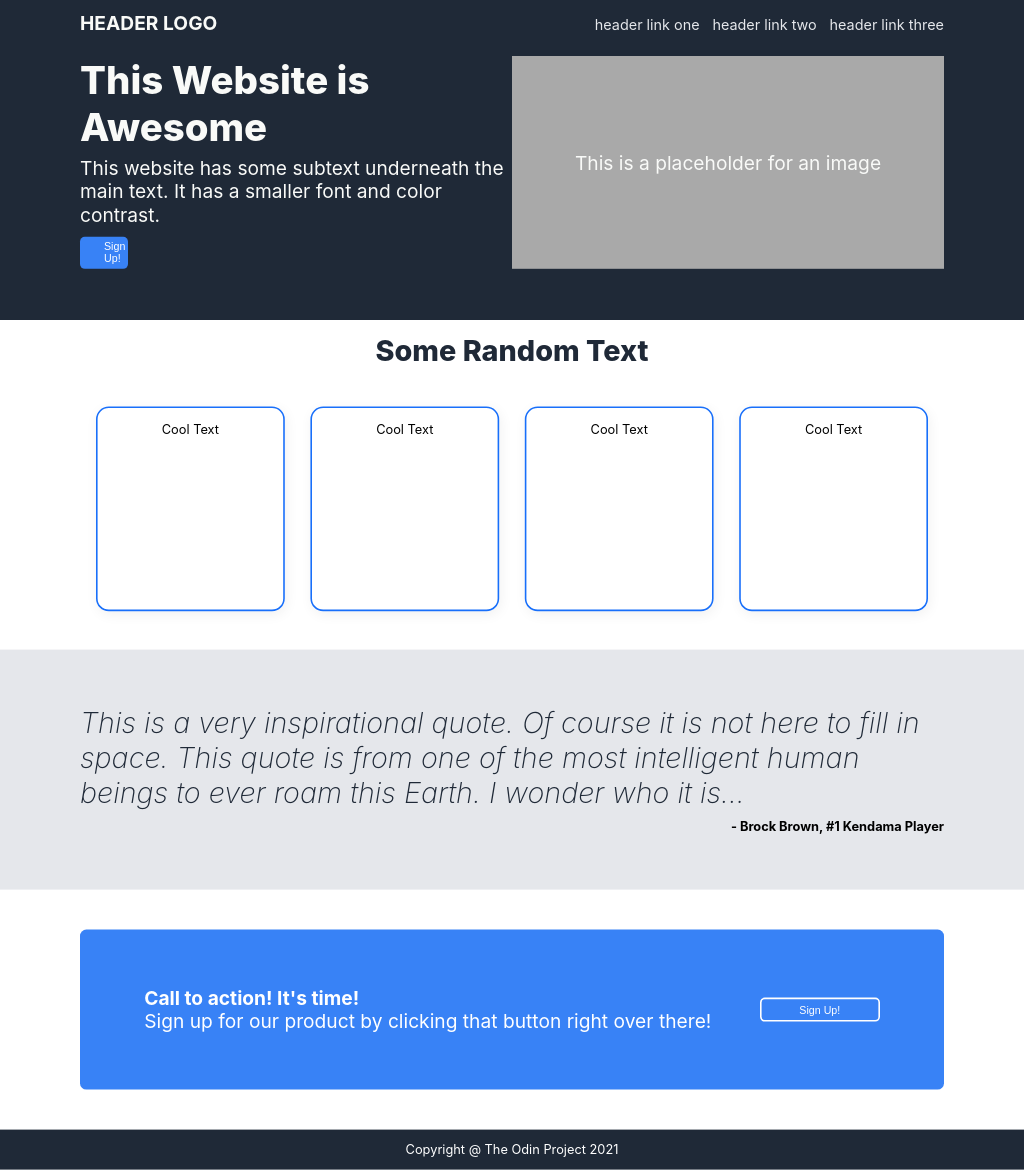
Repository: bbrockbrown/landing-page
Page: index.html
An editor plug-in stored every save of this project. The page is shown before and after the next save, followed by the edit.
The browser window is 1280 px wide. The pictures show the whole page, at 80% of full size.

Above is the page before, as saved 2024-07-24 16:23:49.

### index.html
<!DOCTYPE html>
<html lang="en">
<head>
    <meta charset="UTF-8">
    <meta name="viewport" content="width=device-width, initial-scale=1.0">
    <link rel="stylesheet" href="styles.css">
    <title>Landing Page</title>
</head>
<body>

    <div class="header">
        <div class="upper-header">
            <div class="logo" style="font-weight: bolder">HEADER LOGO</div>
            <ul class="header-links">
                <li><a href="https://www.google.com/" target="_blank">header link one</a></li>
                <li><a href="https://www.google.com/" target="_blank">header link two</a></li>
                <li><a href="https://www.google.com/" target="_blank">header link three</a></li>
            </ul>
        </div>

        <div class="header-content">
            <div class="header-text">
                <div class="awesome-text">
                    This Website is Awesome
                </div>
                <div class="subtext">
                    This website has some subtext underneath the main text.
                    It has a smaller font and color contrast.
                </div>
                <button class="signup-button">Sign Up!</button>
            </div>

            <div class="header-image">
                This is a placeholder for an image
            </div>
        </div>
    </div>




    <div class="body">
        <div class="box-text">Some Random Text</div>
        <div class="box-container">
            <div class="box">Cool Text</div>
            <div class="box">Cool Text</div>
            <div class="box">Cool Text</div>
            <div class="box">Cool Text</div>
        </div>

        <div class="quote-container">
            <div class="quote">This is a very inspirational quote. Of course it is not here
                to fill in space. This quote is from one of the most intelligent human beings
                to ever roam this Earth. I wonder who it is...
            </div>
            <div class="quote-author">
                - Brock Brown, #1 Kendama Player
            </div>
        </div>
    </div>

    <div class="sign-up-container">
        <div class="sign-up-text">
            <div class="action">Call to action! It's time!</div>
            <div class="action-subtext">Sign up for our product by clicking that button right over there!</div>
        </div>

        <button class="signup-button2" id="lower-button">Sign Up!</button>
    </div>


    <div class="footer">
        Copyright @ The Odin Project 2021
    </div>

</body>
</html>

### styles.css
body {
    font-family: -apple-system, BlinkMacSystemFont, 'Segoe UI', Roboto, Oxygen, Ubuntu, Cantarell, 'Open Sans', 'Helvetica Neue', sans-serif;
    margin: 0;
    min-height: 100vh;
}

.header {
    background-color: #1F2937;
    font-size: 24px;
    color: #F9FAF8;
    display: flex;
    padding: 0px 100px 50px 100px;
    height: 350px;
    flex-direction: column;
    justify-content: space-around;
}

.upper-header {
    display: flex;
    justify-content: space-between;
}

.header-content {
    display: flex;
    text-align: left;
    align-items: center;
    flex-shrink: 0;
}

.header-text {
    width: 50%;
    display: flex;
    flex-flow: column wrap;
    gap: 8px;
}

.header-image {
    text-align: center;
    width: 50%;
    height: 100%;
    background-color: darkgray;
    display: flex;
    flex-flow: column wrap;
    justify-content: center;

}

.awesome-text {
    font-size: 48px;
    font-weight: 800;
}

button {
    padding: 5px 30px 5px 30px;
    border-radius: 6px;
    flex-shrink: 0 !important;
}

.signup-button {
    background-color: #3882F6;
    color: white;
    border: none;
    margin-top: 5px;
    width: 50px;
}

ul {
    margin: 0;
    padding: 0;
    list-style: none;
    display: flex;
    gap: 16px;
}

a {
    text-decoration: none;
    font-size: 18px;
    color: #E5E7EB;
}


.body {
    display: flex;
    flex: 1;
    flex-direction: column;
    align-items: center;
}

.box-text {
    font-size: 36px;
    color: #1F2937;
    font-weight: 800;
    margin-top: 16px;
}

.box-container {
    display: flex;
    padding: 48px;
    flex-wrap: wrap;
    gap: 32px;
    justify-content: center;
}


.box {
    border: 2px solid  #186ffa;
    box-shadow: 2px 4px 16px rgba(0,0,0,.06);
    border-radius: 16px;
    padding: 16px;
    width: 200px;
    height: 220px;
    text-align: center;
}

.quote-container {
    display: flex;
    flex: wrap;
    flex-direction: column;
    background-color: #E5E7EB;
    height: 300px;
    justify-content: center;
}

.quote {
    font-size: 36px;
    color: #1F2937;
    font-style: italic;
    font-weight: 200;
    padding: 0 100px;
    margin-bottom: 10px;
}

.quote-author {
    align-self: flex-end;
    margin-right: 100px;
    font-weight: bold;
}

.sign-up-container {
    background-color: #3882F6;
    display: flex;
    height: 150px;
    justify-content: space-around;
    margin: 50px 100px;
    padding: 25px 50px;
    border-radius: 8px;
}

.sign-up-text {
    color: white;
    font-size: 24px;
    align-self: center;
}

.action {
    font-weight: 700;
}

.signup-button2 {
    border: 2px white solid;
    background-color:#3882F6;
    color: white;
    width: 150px;
    height: 30px;
    align-self: center;
}

.footer {
    background-color: #1F2937;
    color: white;
    padding: 15px;
    text-align: center;
}

After the next save:
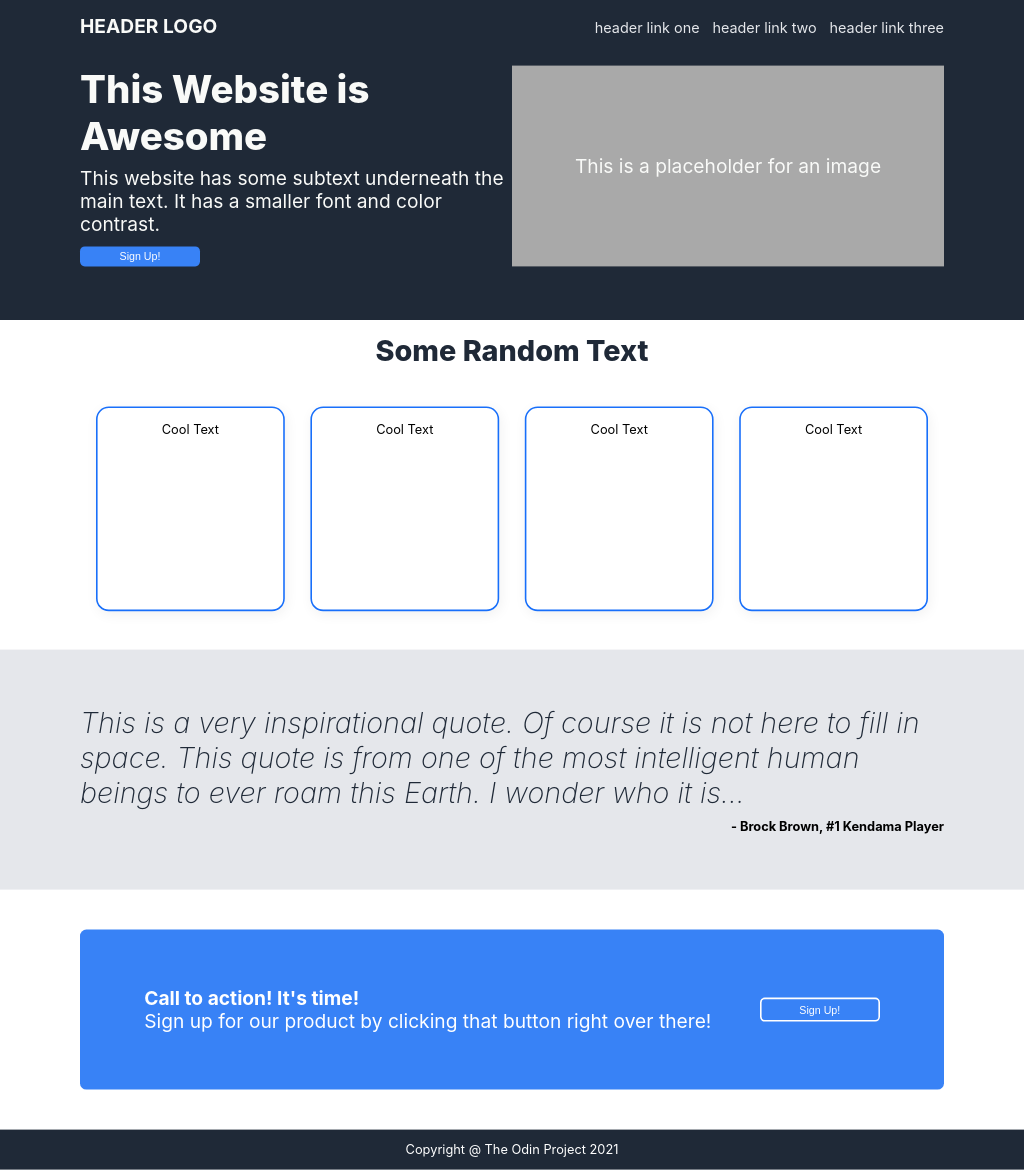
Saved 11 s later.
--- a/styles.css
+++ b/styles.css
@@ -61,7 +61,7 @@ button {
     color: white;
     border: none;
     margin-top: 5px;
-    width: 50px;
+    width: 150px;
 }
 
 ul {
